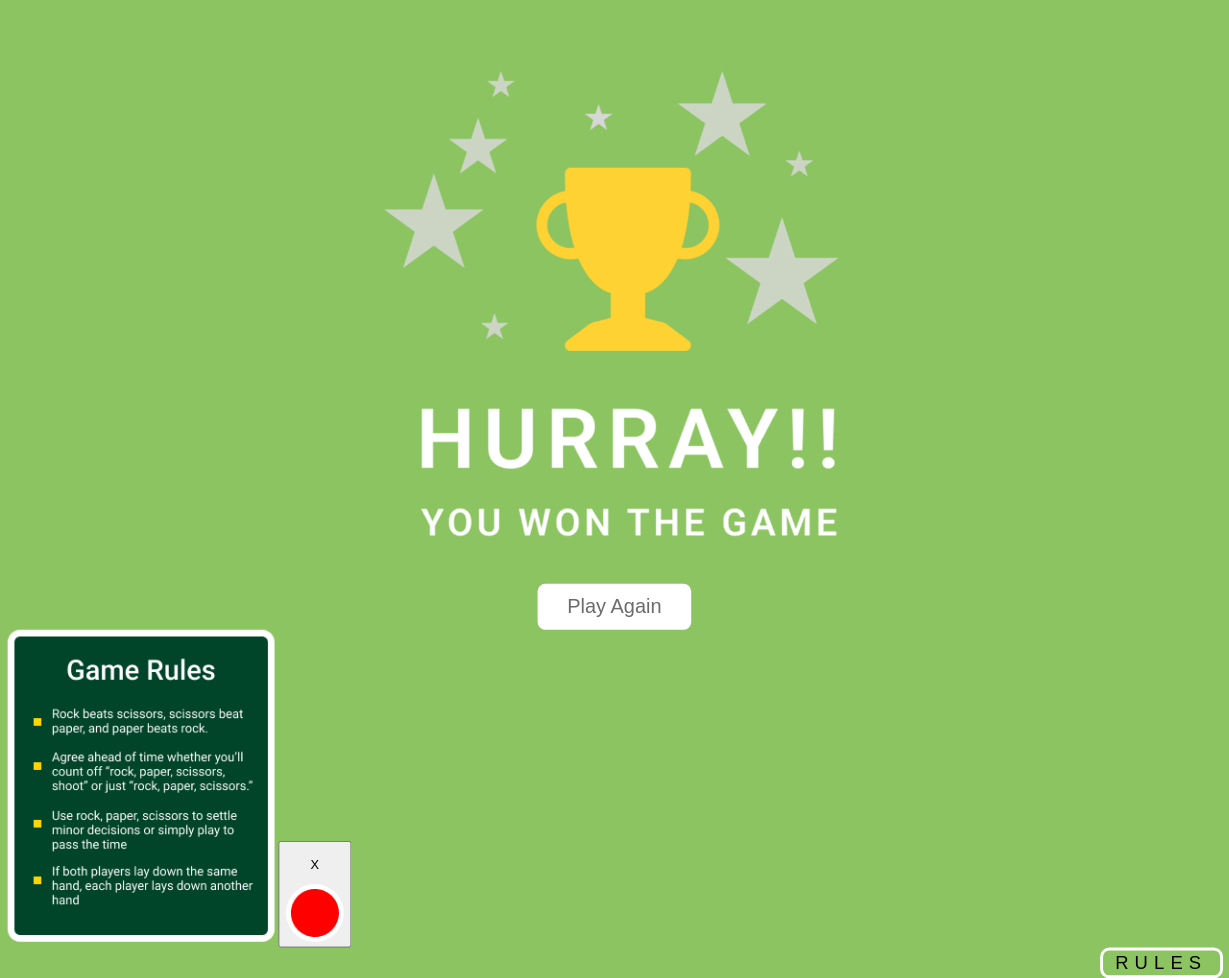
Repository: drumsmanku/Major-module-project-1
Page: hurray.html
These files come from the project's save history. The page is drawn as it stood at one moment and after the next save; the edit follows.
The browser window is 1280 px wide. The pictures show the whole page, at 96% of full size.

Above is the page before, as saved 2023-05-01 00:06:12.

### hurray.html
<!DOCTYPE html>
<html lang="en">
<head>
  <meta charset="UTF-8">
  <meta http-equiv="X-UA-Compatible" content="IE=edge">
  <meta name="viewport" content="width=device-width, initial-scale=1.0">
  <title>Won</title>
  <style>
    body{
      background-color: #8CC461;
      position: relative;
    }
    .container{
      display: flex;
      flex-direction: column;
      align-items: center;
      justify-content: center;
    }
    .container img{
      width: 70vh;
      margin-bottom: 3rem;
      margin-top: 3rem;
    }
    .play-again{
      background-color: white;
      border: none;
      color: #6B6B6B;
      width: 10rem;
      height: 3rem;
      font-size: 1.3rem;
      border-radius: 0.5rem;
      cursor: pointer;
    }
    #rule-btn{
      background: none;
      border: 3px solid white;
      border-radius: 0.6rem;
      height: 2rem;
      width: 8rem;
      font-size:1.2rem;
      letter-spacing: 0.4rem;
      cursor: pointer;
      z-index: 999;
      position: absolute;
      left: 90%;
      /* bottom: -5rem; */
    }

  </style>
</head>
<body>
  <div class="container">
    <img src="hurray.png" alt="">
    <button id="play-again" class="play-again" onclick="location.href='index.html'">Play Again</button>
  </div>
  <div class="second-second-main-container">
    <div class="img-container">
      <img id="rules-img" src="4.png" alt="">
      <button id="my-btn">
        <p>X</p><img src="x.png" alt="">
      </button>
    </div>
  </div>
  <button id="rule-btn">RULES</button>
</body>
</html>

After the next save:
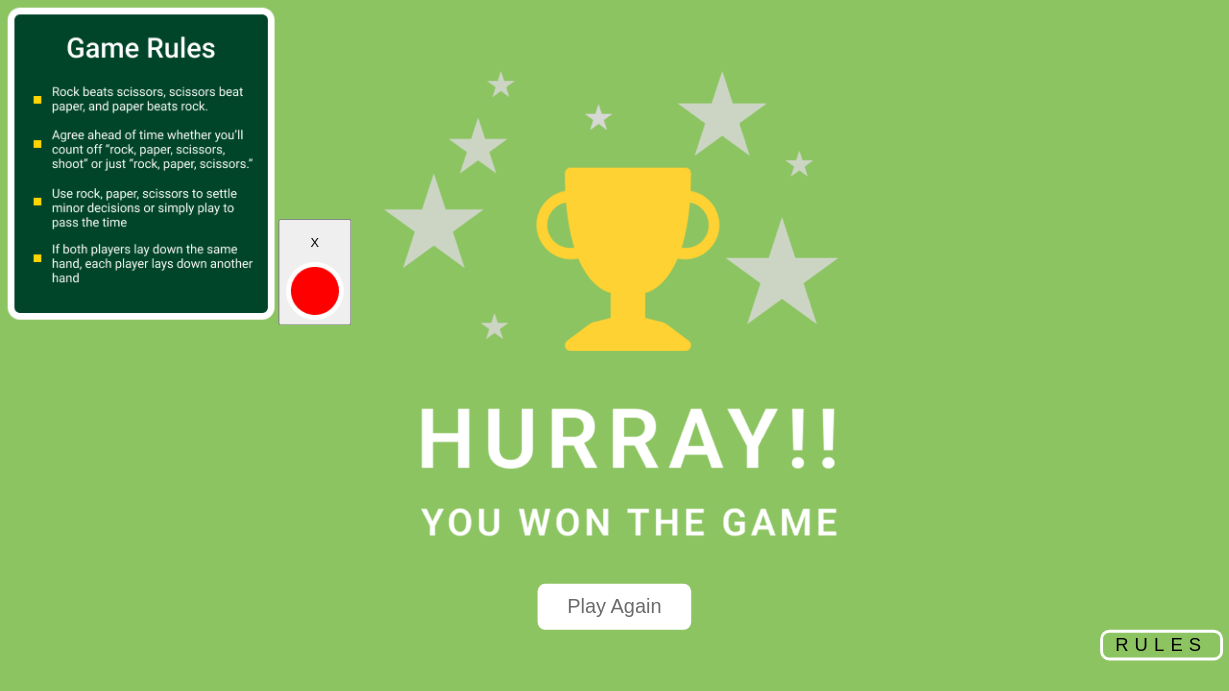
Saved 57 s later.
--- a/hurray.html
+++ b/hurray.html
@@ -45,6 +45,10 @@
       left: 90%;
       /* bottom: -5rem; */
     }
+    .second-second-main-container{
+      position: absolute;
+      top: 0;
+    }
 
   </style>
 </head>
